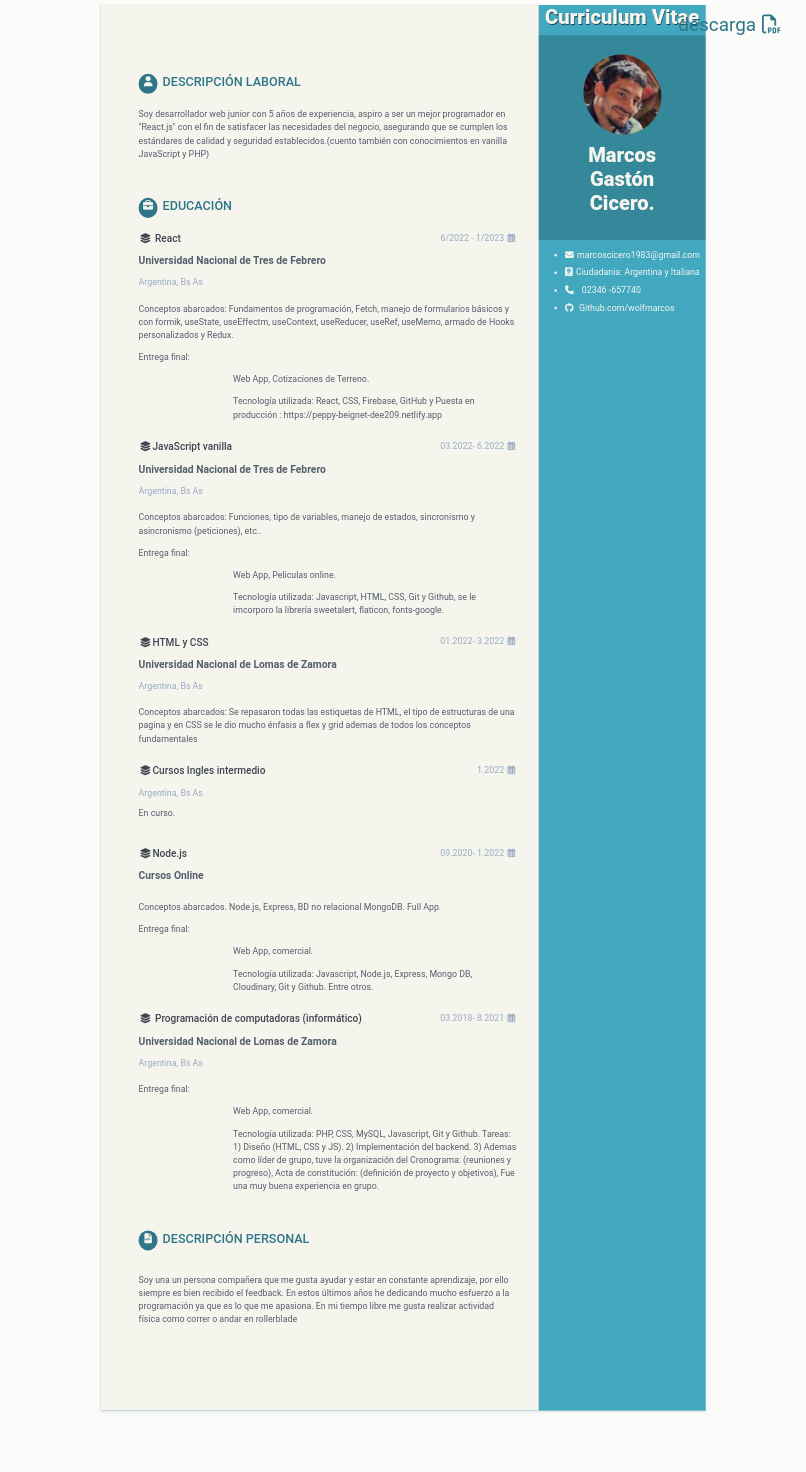
Repository: wolfmarcos/CV-Marcos-Cicero
Page: index.html
An editor plug-in stored every save of this project. The page is shown before and after a run of saves, followed by the edit.
The browser window is 1280 px wide. The pictures show the whole page, at 63% of full size.
Some icons come from a web library that is not loaded, so they are not drawn. Some web fonts or font styles are not loaded; a fallback is used. Some web libraries are served in a nearby version.

Above is the page before, as saved 2023-01-27 18:27:03.

After the next 3 saves:
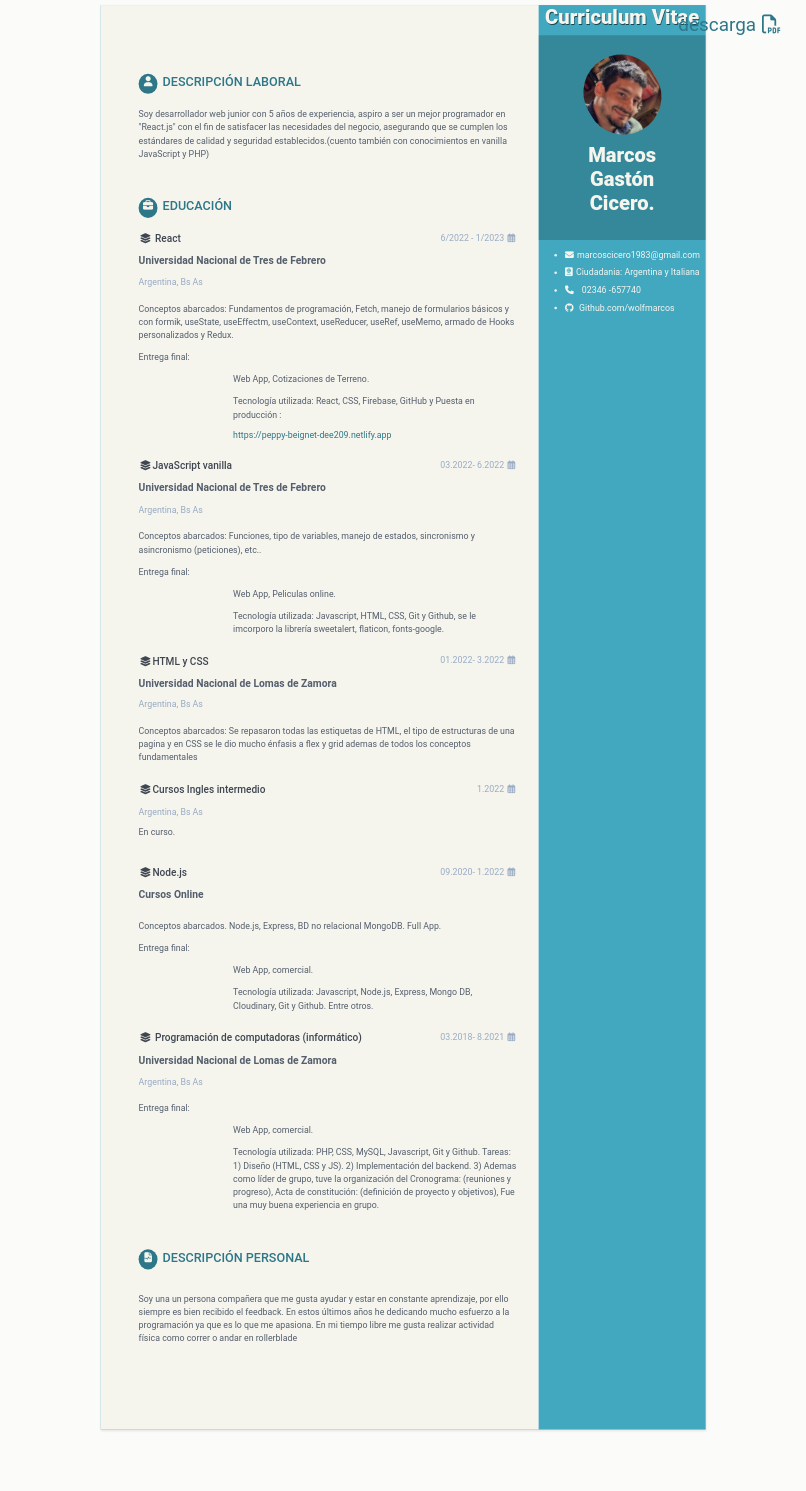
The 3 saves are shown as one change because they came seconds apart.
The last was saved 10 s later.
--- a/index.html
+++ b/index.html
@@ -106,8 +106,8 @@
 
                         <div class="centro">
                             <p> Web App, Cotizaciones de Terreno.</p>
-                            <p> Tecnología utilizada: React, CSS, Firebase, GitHub y Puesta en producción :  https://peppy-beignet-dee209.netlify.app </p>
-                            <a href=""></a>
+                            <p> Tecnología utilizada: React, CSS, Firebase, GitHub y Puesta en producción :  </p>
+                            <a href=" https://peppy-beignet-dee209.netlify.app"> https://peppy-beignet-dee209.netlify.app</a>
                         </div>
                     </div>
                 </div>
